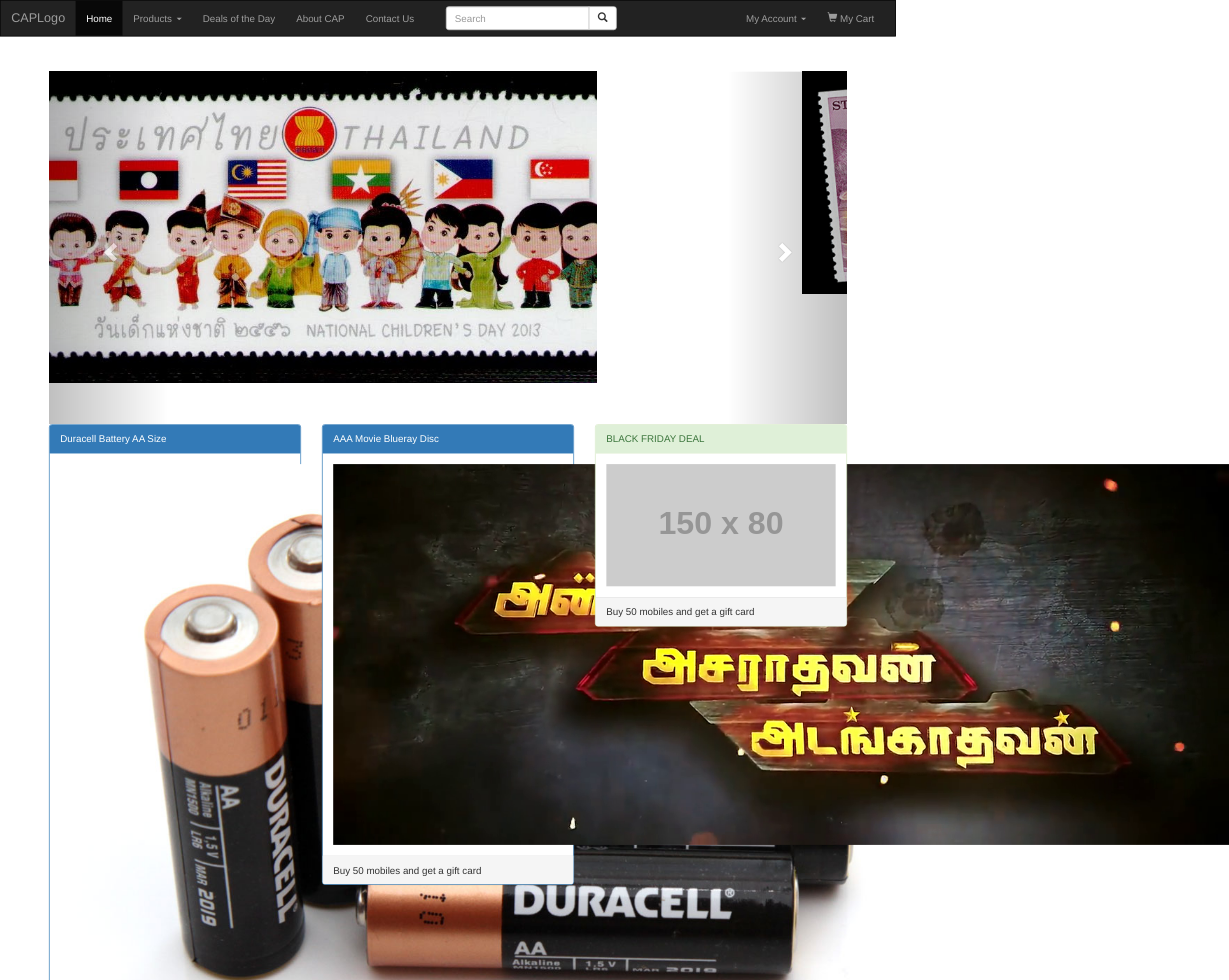
Repository: Guru-Raghavendran/CoinsAndPapers_webapp
Page: http://localhost/FrontEnd/WEB-INF/views/Home.jsp
The author's editor kept a copy of each file at every save. The page is drawn from the files as they stood at one save, then again after the next save.
The browser window is 1280 px wide. The page is 1756 px wide, so the pictures cover 1756 px, including what lies to the right of the window. The pictures show the part of the page from y = 0 to 1400 px (the page is 2304 px tall), at 70% of full size.
The page is served by Tomcat 9. Nobody is signed in. Other server files are loaded and not shown. The template is opened directly, without the code that normally fills it, so the values that code supplies are empty.

Above is the page before, as saved 2018-04-16 06:57:52.

### FrontEnd/src/main/webapp/WEB-INF/views/Home.jsp
<%@page isELIgnored="false" %>
<%@taglib uri="http://java.sun.com/jsp/jstl/core" prefix="c"%>
<%@taglib uri="http://www.springframework.org/tags/form" prefix="form"%>

<!DOCTYPE html>
<html lang="en">
<head>
<title>Home - Coppers and Papers</title>
<meta charset="utf-8">
<meta name="viewport" content="width=device-width, initial-scale=1">
<link rel="stylesheet"
	href="https://maxcdn.bootstrapcdn.com/bootstrap/3.3.7/css/bootstrap.min.css">
<script
	src="https://ajax.googleapis.com/ajax/libs/jquery/3.3.1/jquery.min.js"></script>
<script
	src="https://maxcdn.bootstrapcdn.com/bootstrap/3.3.7/js/bootstrap.min.js"></script>
<style>
/* Remove the navbar's default rounded borders and increase the bottom margin */
.navbar {
	margin-bottom: 50px;
	border-radius: 0;
}

/* Remove the jumbotron's default bottom margin */
.jumbotron {
	margin-bottom: 0;
}
/* .myCarousel{
  width:100vw;
  height:100vh;
} */
#myCarousel{
overflow:hidden
}
.carousel-inner{
  width:100%;
  height: 70vh ;

}

/* Add a gray background color and some padding to the footer */
footer {
	background-color: #f2f2f2;
	padding: 25px;
}
</style>
</head>
<body>

	<%@include file="NavBar.jsp" %>



	<div class="container fluid">
	<div id="myCarousel" class="carousel slide" data-ride="carousel">
  <!-- Indicators -->
  <ol class="carousel-indicators">
    <li data-target="#myCarousel" data-slide-to="0" class="active"></li>
    <li data-target="#myCarousel" data-slide-to="1"></li>
    <li data-target="#myCarousel" data-slide-to="2"></li>
  </ol>

  <!-- Wrapper for slides -->
  <div class="carousel-inner">
    <div class="item active">
      <img style="position: center;" src="<c:url value="/resources/images/stamp_thailand_childrensday2013.jpeg" />" alt="Image" style="width:100%;">
    </div>

    <div class="item">
      <img style="position:relative;"src="<c:url value="/resources/images/stampcollecting5-carousel5.jpg"/>" alt ="Image"style="width:100%;">
    </div>

    <div class="item">
      <img style="position:relative;"src="<c:url value="/resources/images/one mohur india.jpg"/>" alt ="Image"style="width:100%;">
    </div>
  </div>

  <!-- Left and right controls -->
  <a class="left carousel-control" href="#myCarousel" data-slide="prev">
    <span class="glyphicon glyphicon-chevron-left"></span>
    <span class="sr-only">Previous</span>
  </a>
  <a class="right carousel-control" href="#myCarousel" data-slide="next">
    <span class="glyphicon glyphicon-chevron-right"></span>
    <span class="sr-only">Next</span>
  </a>
</div>


</div>

	<div class="container">
		<div class="row">
			<div class="col-sm-4">
				<div class="panel panel-primary">
					<div class="panel-heading">Duracell Battery AA Size</div>
					<div class="panel-body">
						<img src="/FrontEnd/src/main/webapp/WEB-INF/resources/images/Duracell AA.jpg"
							style="width: 100% height:75vh" alt="Image">
					</div>
					<div class="panel-footer">Our Price:25/- only</div>
				</div>
			</div>
			<div class="col-sm-4">
				<div class="panel panel-primary">
					<div class="panel-heading">AAA Movie Blueray Disc</div>
					<div class="panel-body">
						<img src="AAA.jpg"  style="width: 100% height:75vh"
							alt="Image">
					</div>
					<div class="panel-footer">Buy 50 mobiles and get a gift card</div>
				</div>
			</div>
			<div class="col-sm-4">
				<div class="panel panel-success">
					<div class="panel-heading">BLACK FRIDAY DEAL</div>
					<div class="panel-body">
						<img src="https://placehold.it/150x80?text=IMAGE"
							class="img-responsive" style="width: 100%" alt="Image">
					</div>
					<div class="panel-footer">Buy 50 mobiles and get a gift card</div>
				</div>
			</div>
		</div>
	</div>
	<br>

	<div class="container">
		<div class="row">
			<div class="col-sm-4">
				<div class="panel panel-primary">
					<div class="panel-heading">Summer Sale</div>
					<div class="panel-body">
						<img src="https://placehold.it/150x80?text=IMAGE"
							class="img-responsive" style="width: 100%" alt="Image">
					</div>
					<div class="panel-footer">Buy 50 mobiles and get a gift card</div>
				</div>
			</div>
			<div class="col-sm-4">
				<div class="panel panel-primary">
					<div class="panel-heading">BLACK FRIDAY DEAL</div>
					<div class="panel-body">
						<img src="https://placehold.it/150x80?text=IMAGE"
							class="img-responsive" style="width: 100%" alt="Image">
					</div>
					<div class="panel-footer">Buy 50 mobiles and get a gift card</div>
				</div>
			</div>
			<div class="col-sm-4">
				<div class="panel panel-primary">
					<div class="panel-heading">BLACK FRIDAY DEAL</div>
					<div class="panel-body">
						<img src="https://placehold.it/150x80?text=IMAGE"
							class="img-responsive" style="width: 100%" alt="Image">
					</div>
					<div class="panel-footer">Buy 50 mobiles and get a gift card</div>
				</div>
			</div>
		</div>
	</div>
	<br>
	<br>

	<footer class="container-fluid text-center">
		<p>Online Store Copyright</p>
		<form class="form-inline">
			Get deals: <input type="email" class="form-control" size="50"
				placeholder="Email Address">
			<button type="button" class="btn btn-danger">Sign Up</button>
		</form>
		<h2>Payment Options</h2>
		<img src="payment.JPG">


	</footer>

</body>
</html>

### FrontEnd/src/main/webapp/WEB-INF/views/NavBar.jsp
<%@page isELIgnored="false" %>
     <%@taglib uri="http://java.sun.com/jsp/jstl/core" prefix="c"%>
     <%@taglib uri="http://www.springframework.org/tags/form" prefix="form"%>
<!DOCTYPE html>
<html>
<head>
<meta http-equiv="Content-Type" content="text/html; charset=ISO-8859-1">

</head>
<body>

	<nav class="navbar navbar-inverse">
		<div class="container-fluid">
			<div class="navbar-header">
				<button type="button" class="navbar-toggle" data-toggle="collapse"
					data-target="#myNavbar">
					<span class="icon-bar"></span> <span class="icon-bar"></span> <span
						class="icon-bar"></span>
				</button>
				<a class="navbar-brand" href="#">CAPLogo</a>
			</div>
			<div class="collapse navbar-collapse" id="myNavbar">
				<ul class="nav navbar-nav">
					<li class="active"><a href=" ">Home</a></li>

					<li class="dropdown"><a class="dropdown-toggle"
						data-toggle="dropdown" href="#">Products <span class="caret"></span></a>
						<ul class="dropdown-menu">
							<li class="dropdown-header">Coins</li>
							<li><a href="#">Indian New Coins</a></li>
							<li><a href="#">Indian Ancient Coins</a></li>
							<li><a href="#">Foreign New Coins</a></li>
							<li><a href="#">Foreign Ancient Coins</a></li>
							<li class="divider"></li>
							<li class="dropdown-header">Stamps</li>
							<li><a href="#">Indian New Stamps</a></li>
							<li><a href="#">Indian Ancient Stamps</a></li>
							<li><a href="#">Foreign New Stamps</a></li>
							<li><a href="#">Foreign Ancient Stamps</a></li>
						</ul></li>


					<li><a href="#">Deals of the Day</a></li>
					<li><a href="AboutUs">About CAP</a></li>
					<li><a href="ContactUs">Contact Us</a></li>
					</ul>
					<div class="col-sm-3 col-md-3">
        <form class="navbar-form " role="search">
        <div class="input-group">
            <input type="text" class="form-control" placeholder="Search" name="q">
            <div class="input-group-btn" >
                <button class="btn btn-default" type="submit"><i class="glyphicon glyphicon-search"></i></button>
            </div>
        </div>
        </form>
    </div>

				<ul class="nav navbar-nav navbar-right">

					<li class="dropdown"><a class="dropdown-toggle"
						data-toggle="dropdown" href="#">My Account <span class="caret"></span></a>
						<ul class="dropdown-menu">


							<li><a href="Login"><span
									class="glyphicon glyphicon-user"></span> Login</a></li>
							<li><a href="SignUp"><span
									class="glyphicon glyphicon-user"></span> Sign Up</a></li>
						</ul></li>
					<li><a href="#"><span
							class="glyphicon glyphicon-shopping-cart"></span> My Cart</a></li>
				</ul>
			</div>
		</div>
	</nav>




</body>
</html>

After the next save:
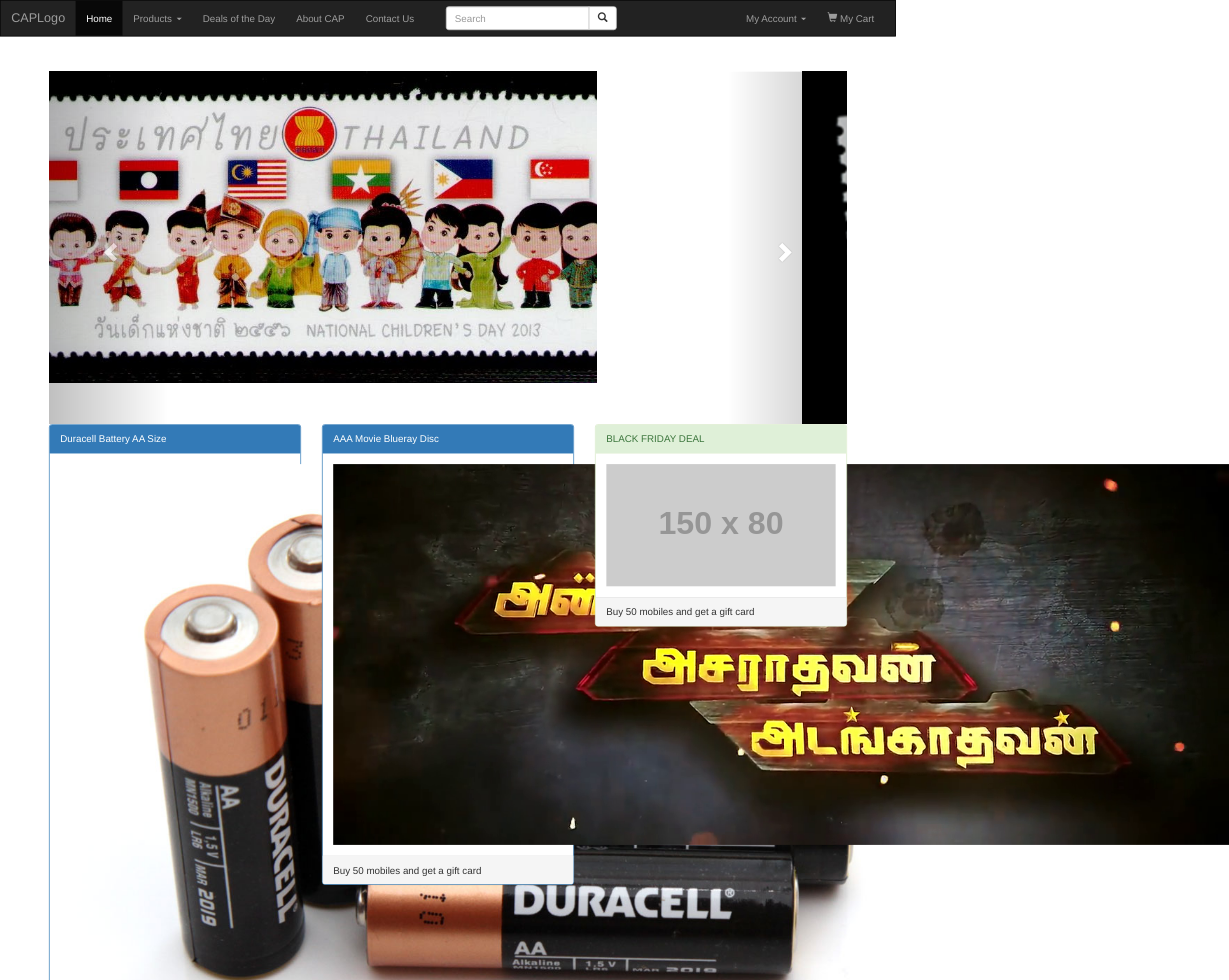
Saved 80 s later.
--- a/FrontEnd/src/main/webapp/WEB-INF/views/Home.jsp
+++ b/FrontEnd/src/main/webapp/WEB-INF/views/Home.jsp
@@ -67,7 +67,7 @@
     </div>
 
     <div class="item">
-      <img style="position:relative;"src="<c:url value="/resources/images/stampcollecting5-carousel5.jpg"/>" alt ="Image"style="width:100%;">
+      <img src="<c:url value="/resources/images/stampcollecting5-carousel5.jpg"/>" alt ="Image"style="width:100%;">
     </div>
 
     <div class="item">
